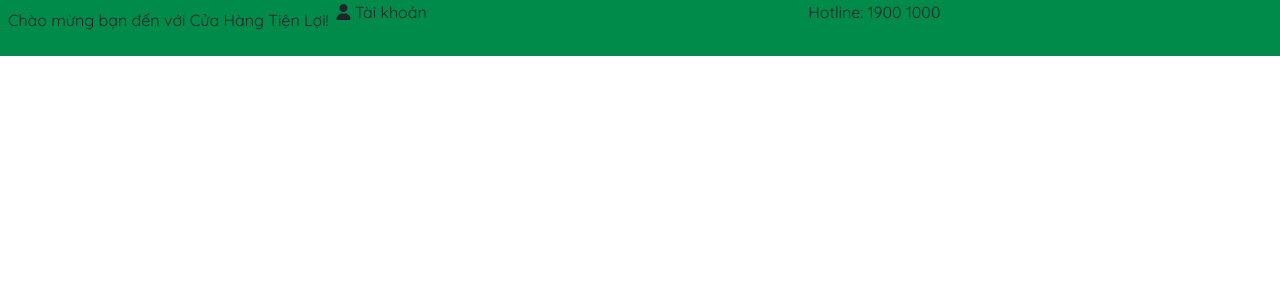
Repository: PAnhDuc/food.demo
Page: index.html
An editor plug-in stored every save of this project. The page is shown before and after a run of saves, followed by the edit.
The browser window is 1280 px wide. The pictures show the whole page.
Some web libraries are served in a nearby version.

Above is the page before, as saved 2024-11-13 19:44:47.

After the next 2 saves:
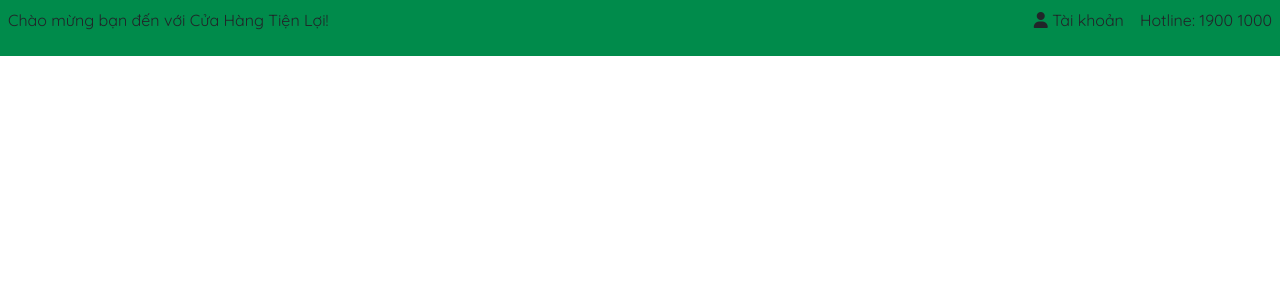
The 2 saves are shown as one change because they came seconds apart.
The last was saved 10 s later.
--- a/index.html
+++ b/index.html
@@ -19,13 +19,13 @@
             <div class="me-auto p-2">
                 <p class="top_bar-left">Chào mừng bạn đến với Cửa Hàng Tiện Lợi!</p>
             </div>
-            <div class="col">
+            <div class="p-2">
                 <p class="top_bar-right">
                     <i class="fa-solid fa-user"></i>
                     <span>Tài khoản</span>
                 </p>
             </div>
-            <div class="col">
+            <div class="p-2">
                 <p class="top_bar-right">Hotline: <span>1900 1000</span></p>
             </div>
         </div>
